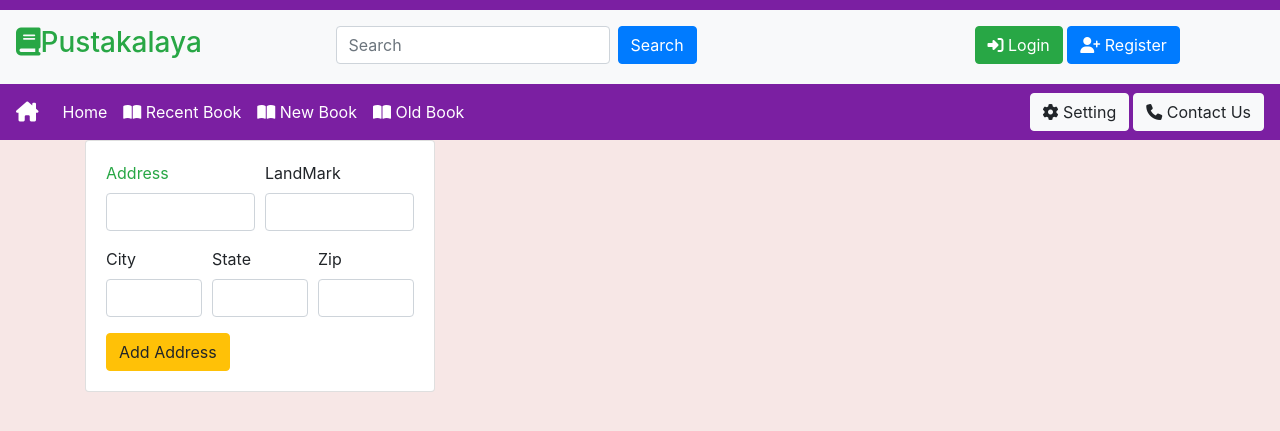
Repository: kalaprabhakar/Pustakalay_Web_Application
Page: http://localhost/E_Book_Management/user_address.jsp
An editor plug-in stored every save of this project. The page is shown before and after the next save, followed by the edit.
The browser window is 1280 px wide. The pictures show the whole page.
Some web libraries are served in a nearby version. The page is served by Tomcat 10. Other server files are loaded and not shown.

Above is the page before, as saved 2024-02-28 14:54:07.

### E_Book_Management/src/main/webapp/user_address.jsp
<%@ page language="java" contentType="text/html; charset=ISO-8859-1"
	pageEncoding="ISO-8859-1"%>
<!DOCTYPE html>
<html>
<head>
<meta charset="ISO-8859-1">
<title>Insert title here</title>
<%@ include file="all_component/allcss.jsp"%>
</head>
<body style="background-color: #f7e7e6">
	<%@ include file="all_component/navbar.jsp"%>


	<div class="container">
		<div class="row">
			<div class="col-md-4 offest-md-4">
				<div class="card">
					<div class="card-body">
						<form method="post" action="">
                             <div class="form-row">
							<div class="form-group col-md-6 text-success">
								<label for="inputPassword4">Address</label> <input type="text"
									class="form-control" id="inputPassword4">
							</div>


								<div class="form-group col-md-6">
									<label for="inputEmail4">LandMark</label> <input type="text"
										class="form-control" id="inputEmail4">
								</div>
								</div>
								<div class="form-row">
								<div class="form-group col-md-4">
									<label for="inputPassword4">City</label> <input type="text"
										class="form-control" id="inputPassword4">
								</div>
								<div class="form-group col-md-4">
									<label for="inputPassword4">State</label> <input type="text"
										class="form-control" id="inputPassword4">
								</div>
								<div class="form-group col-md-4">
									<label for="inputPassword4">Zip</label> <input type="text"
										class="form-control" id="inputPassword4">
								</div>

							</div>
							<button type="submit" class="btn btn-warning">Add Address</button>
						</form>

					</div>

				</div>

			</div>
		</div>
	</div>
</body>
</html>

### E_Book_Management/src/main/webapp/all_component/allcss.jsp
<link rel="stylesheet"
	href="https://cdn.jsdelivr.net/npm/bootstrap@4.0.0/dist/css/bootstrap.min.css"
	integrity="sha384-Gn5384xqQ1aoWXA+058RXPxPg6fy4IWvTNh0E263XmFcJlSAwiGgFAW/dAiS6JXm"
	crossorigin="anonymous">

<script src="https://code.jquery.com/jquery-3.2.1.slim.min.js"
	integrity="sha384-KJ3o2DKtIkvYIK3UENzmM7KCkRr/rE9/Qpg6aAZGJwFDMVNA/GpGFF93hXpG5KkN"
	crossorigin="anonymous"></script>
<script
	src="https://cdn.jsdelivr.net/npm/popper.js@1.12.9/dist/umd/popper.min.js"
	integrity="sha384-ApNbgh9B+Y1QKtv3Rn7W3mgPxhU9K/ScQsAP7hUibX39j7fakFPskvXusvfa0b4Q"
	crossorigin="anonymous"></script>
<script
	src="https://cdn.jsdelivr.net/npm/bootstrap@4.0.0/dist/js/bootstrap.min.js"
	integrity="sha384-JZR6Spejh4U02d8jOt6vLEHfe/JQGiRRSQQxSfFWpi1MquVdAyjUar5+76PVCmYl"
	crossorigin="anonymous"></script>
<link rel="stylesheet"
	href="https://cdnjs.cloudflare.com/ajax/libs/font-awesome/6.5.1/css/all.min.css"
	integrity="sha512-DTOQO9RWCH3ppGqcWaEA1BIZOC6xxalwEsw9c2QQeAIftl+Vegovlnee1c9QX4TctnWMn13TZye+giMm8e2LwA=="
	crossorigin="anonymous" referrerpolicy="no-referrer" />

	<link  rel="stylesheet" href="all_component/style.css"/>

### E_Book_Management/src/main/webapp/all_component/navbar.jsp
<%@ taglib prefix="c" uri="http://java.sun.com/jsp/jstl/core"%>
<%@ page isELIgnored="false" %>

<div class="container-fluid" style="height : 10px ; background-color:  #7B1FA2 "></div>

<div class="container-fluid p-3 bg-light">
 <div class="row">
     <div class="col-md-3 text-success">
        <h3 > <i class="fa-solid fa-book"></i>Pustakalaya</h3>
     </div>
    <div class="col-md-6">
       <form class="form-inline my-2 my-lg-0">
      <input class="form-control mr-sm-2" type="search" placeholder="Search" aria-label="Search">
      <button class="btn btn-primary my-2 my-sm-0" type="submit">Search</button>
    </form>

    </div>
    <c:if test="${not empty userobj }">
    <div class="col-md-3">

    <a href="checkout.jsp" class="btn btn-ligh"><i class="fa-solid fa-cart-shopping  "></i></a>

      <a href="" class="btn btn-success"><i class="fa-solid fa-user-plus"></i>${userobj.name }</a>
      <a href="logout" class="btn btn-primary"><i class="fa-solid fa-right-to-bracket"></i> Logout</a>

    </div>

    </c:if>

    <c:if test="${ empty userobj }">
    <div class="col-md-3">
      <a href="login.jsp" class="btn btn-success"><i class="fa-solid fa-right-to-bracket"></i> Login</a>
      <a href="register.jsp" class="btn btn-primary"><i class="fa-solid fa-user-plus"></i> Register</a>

    </div>

    </c:if>

 </div>


</div>

<nav class="navbar navbar-expand-lg navbar-dark bg-custom">
  <a class="navbar-brand" href="#"><i class="fa-solid fa-house-chimney"></i></a>
  <button class="navbar-toggler" type="button" data-toggle="collapse" data-target="#navbarSupportedContent" aria-controls="navbarSupportedContent" aria-expanded="false" aria-label="Toggle navigation">
    <span class="navbar-toggler-icon"></span>
  </button>

  <div class="collapse navbar-collapse" id="navbarSupportedContent">
    <ul class="navbar-nav mr-auto">
      <li class="nav-item active">
        <a class="nav-link" href="index.jsp">Home <span class="sr-only">(current)</span></a>
      </li>
      <li class="nav-item active">
        <a class="nav-link" href="all_recent_book.jsp"> <i class="fa-solid fa-book-open"></i> Recent Book</a>
      </li>
      <li class="nav-item active">
        <a class="nav-link" href="all_new_book.jsp"> <i class="fa-solid fa-book-open"></i> New Book</a>
      </li>

      </li>
      <li class="nav-item active">
        <a class="nav-link disabled" href="all_old_book.jsp"> <i class="fa-solid fa-book-open"></i> Old Book</a>
      </li>
    </ul>
    <form class="form-inline my-2 my-lg-0">
      <a href="setting.jsp" class="btn btn-light my-2 my-sm-0" type="submit"><i class="fa-solid fa-gear"></i> Setting</a>
      <button class="btn btn-light my-2 my-sm-0 ml-1" type="submit"><i class="fa-solid fa-phone"></i> Contact Us</button>
    </form>
  </div>
</nav>

### E_Book_Management/src/main/webapp/all_component/style.css
.bg-custom {
	background-color : #7B1FA2 ;
}

.navbar .nav-item:hover .nav-link{

	background-color: white;
	color : black;
	border-radius : 20px ;
}

After the next save:
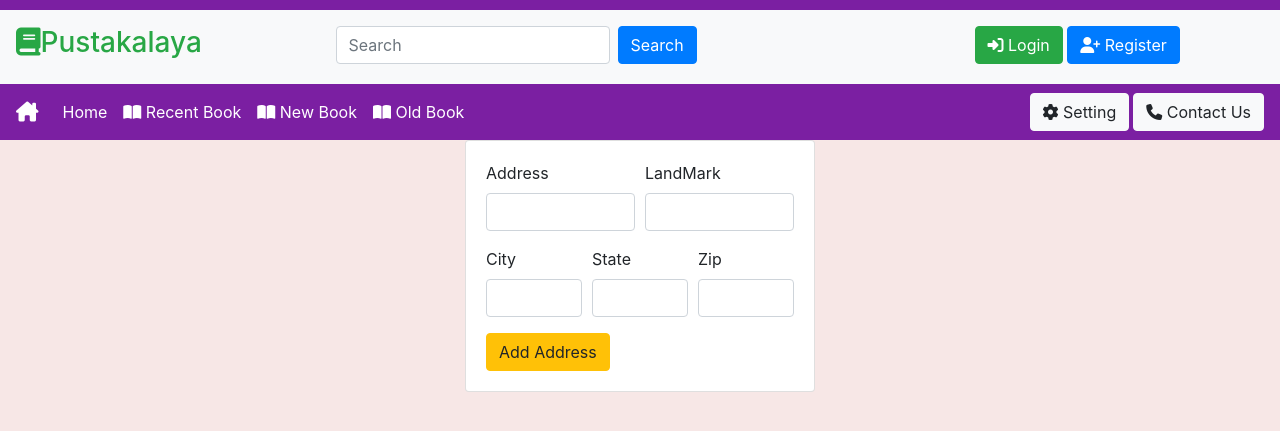
Saved 115 s later.
--- a/E_Book_Management/src/main/webapp/user_address.jsp
+++ b/E_Book_Management/src/main/webapp/user_address.jsp
@@ -13,12 +13,12 @@
 
 	<div class="container">
 		<div class="row">
-			<div class="col-md-4 offest-md-4">
-				<div class="card">
+			<div class="col-md-4 offset-md-4">
+				<div class="card ">
 					<div class="card-body">
 						<form method="post" action="">
                              <div class="form-row">
-							<div class="form-group col-md-6 text-success">
+							<div class="form-group col-md-6 ">
 								<label for="inputPassword4">Address</label> <input type="text"
 									class="form-control" id="inputPassword4">
 							</div>
